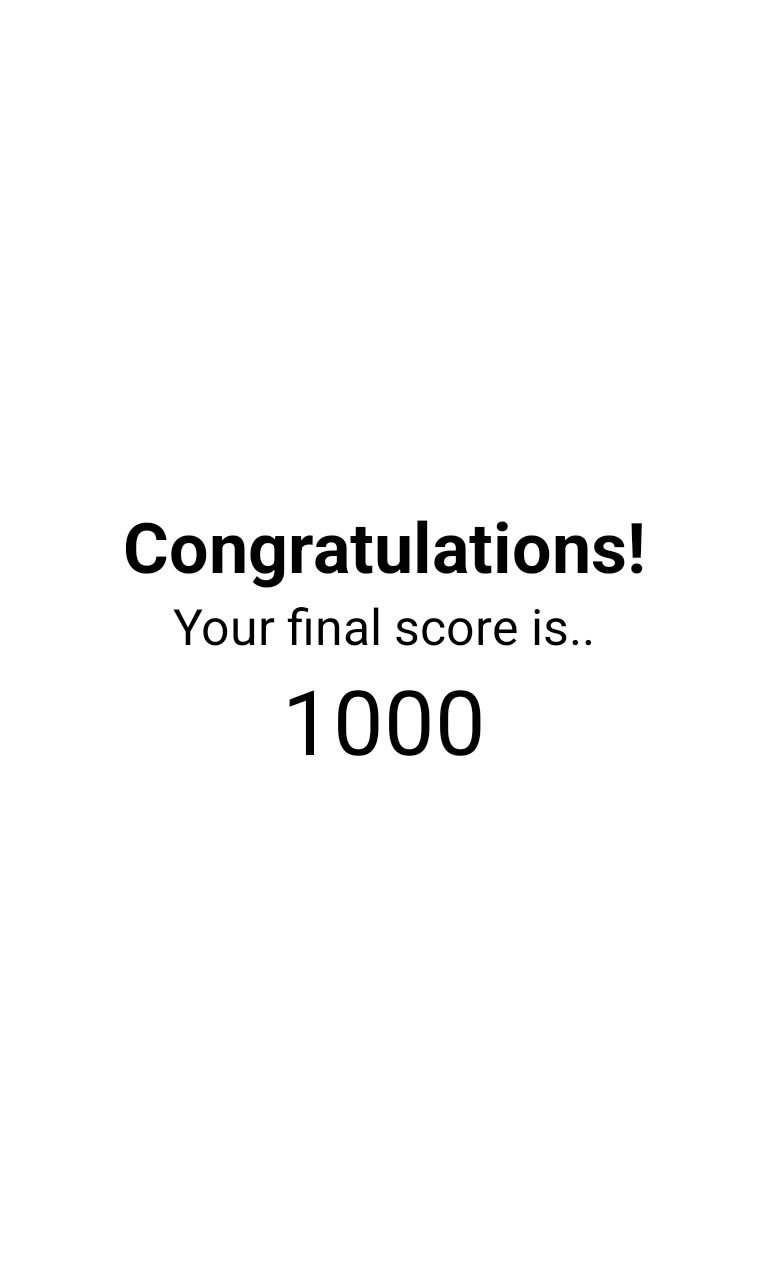
Repository: AGNT/Mobile_application_SU13
Layout: android/Locate/res/layout/activity_final_points.xml
The author's editor kept a copy of each file at every save. The layout is drawn from the files as they stood at one save, then again after the next save.
It is drawn on a 768 x 1280 px phone screen (xhdpi) without system bars, with theme AppTheme; the app's code is not run.

Above is the layout before, as saved 2013-08-11 02:52:39.

After the next save:
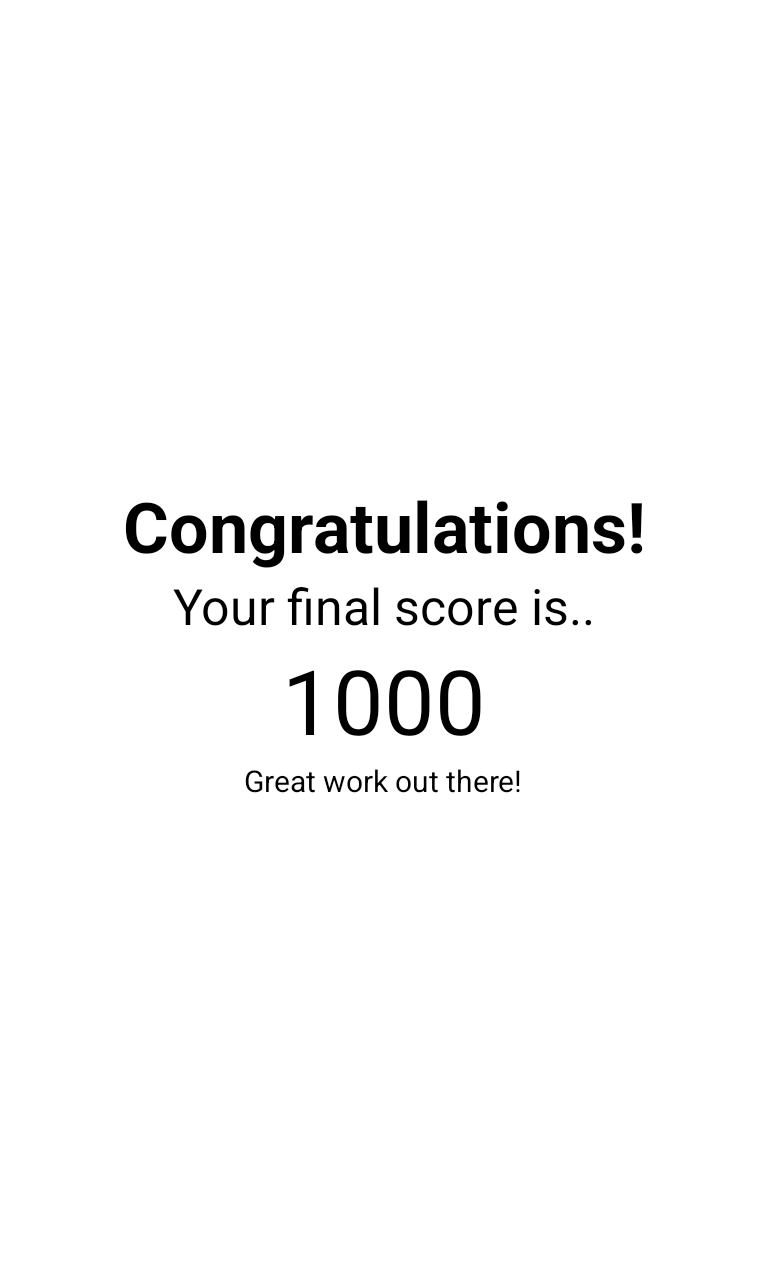
Saved 44 s later.
--- a/android/Locate/res/layout/activity_final_points.xml
+++ b/android/Locate/res/layout/activity_final_points.xml
@@ -34,4 +34,13 @@
         android:textSize="45sp"
         android:id="@+id/version" />
 
+    <TextView
+        android:layout_width="wrap_content"
+        android:layout_height="wrap_content"
+        android:text="Great work out there!"
+        android:textAppearance="?android:attr/textAppearanceMedium"
+        android:textColor="#000000"
+        android:textSize="15sp"
+        android:id="@+id/version" />
+
 </LinearLayout>
